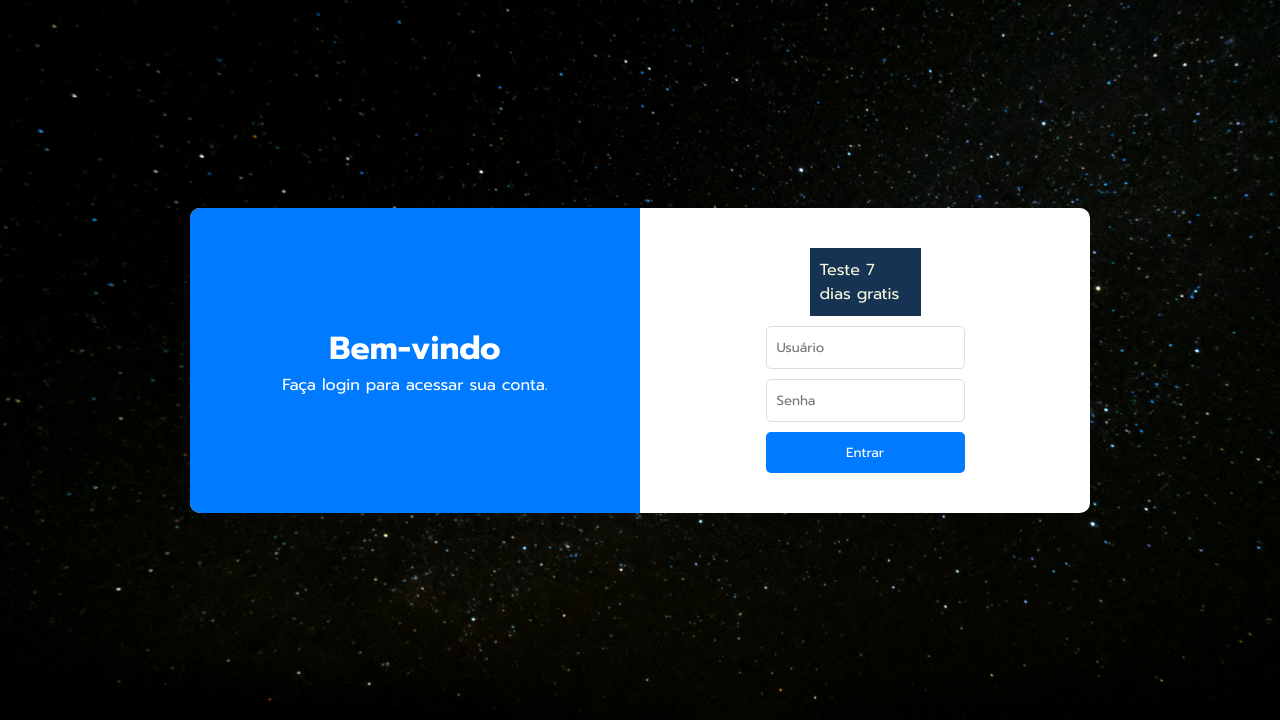
Repository: joao-paulo-paiva/tela-login
Page: index.html
The author's editor kept a copy of each file at every save. The page is drawn from the files as they stood at one save, then again after the next save.
The browser window is 1280 px wide. The pictures show the whole page.

Above is the page before, as saved 2025-04-15 11:14:28.

### index.html
<!DOCTYPE html>
<html lang="pt-br">
<head>
    <meta charset="UTF-8">
    <meta name="viewport" content="width=device-width, initial-scale=1.0">
    <title>Tela de Login</title>
    <link rel="stylesheet" href="style.css">
    <link rel="preconnect" href="https://fonts.googleapis.com">
    <link rel="preconnect" href="https://fonts.gstatic.com" crossorigin>
    <link href="https://fonts.googleapis.com/css2?family=DM+Sans:ital,opsz,wght@0,9..40,100..1000;1,9..40,100..1000&family=Montserrat:ital,wght@0,100..900;1,100..900&family=Prompt:ital,wght@0,100;0,200;0,300;0,400;0,500;0,600;0,700;0,800;0,900;1,100;1,200;1,300;1,400;1,500;1,600;1,700;1,800;1,900&display=swap" rel="stylesheet">
</head>
<body>
    <div class="container">
        <div class="esquerda">
            <h1>Bem-vindo</h1>
            <p>Faça login para acessar sua conta.</p>
        </div>
        <div class="direita">
            <a href="#" class="teste-gratis">Teste 7 dias gratis</a>
            <form action="#" method="POST">
                <input type="text" placeholder="Usuário" required>
                <input type="password" placeholder="Senha" required>
                <button type="submit">Entrar</button>
            </form>
        </div>
    </div>
</body>
</html>

### style.css
* {
    margin: 0;
    padding: 0;
    box-sizing: border-box;
    font-family: "Prompt", sans-serif;
}

body {
    display: flex;
    justify-content: center;
    align-items: center;
    height: 100vh;
    background-image: url(./imagens/pexels-francesco-ungaro-998641.jpg);
    background-size: cover;
    background-position: center;
    background-repeat: no-repeat;
}

.container {
    display: flex;
    width: 80%;
    max-width: 900px;
    background: white;
    border-radius: 10px;
    overflow: hidden;
}

.esquerda, .direita {
    width: 50%;
    padding: 40px;
}

.esquerda {
    background-color: #007bff;
    color: white;
    display: flex;
    flex-direction: column;
    justify-content: center;
    align-items: center;
}

.direita {
    display: flex;
    flex-direction: column;
    justify-content: center;
    align-items: center;
}

input {
    display: block;
    width: 100%;
    padding: 10px;
    margin: 10px 0;
    border: 1px solid #ddd;
    border-radius: 5px;
}
.teste-gratis{
    display: flex;
    width: 30%;
    padding: 10px;
    background-color: #163353;
    text-decoration: none;
    color: beige;
}
button {
    width: 100%;
    padding: 10px;
    background-color: #007bff;
    color: white;
    border: none;
    border-radius: 5px;
    cursor: pointer;
}

After the next save:
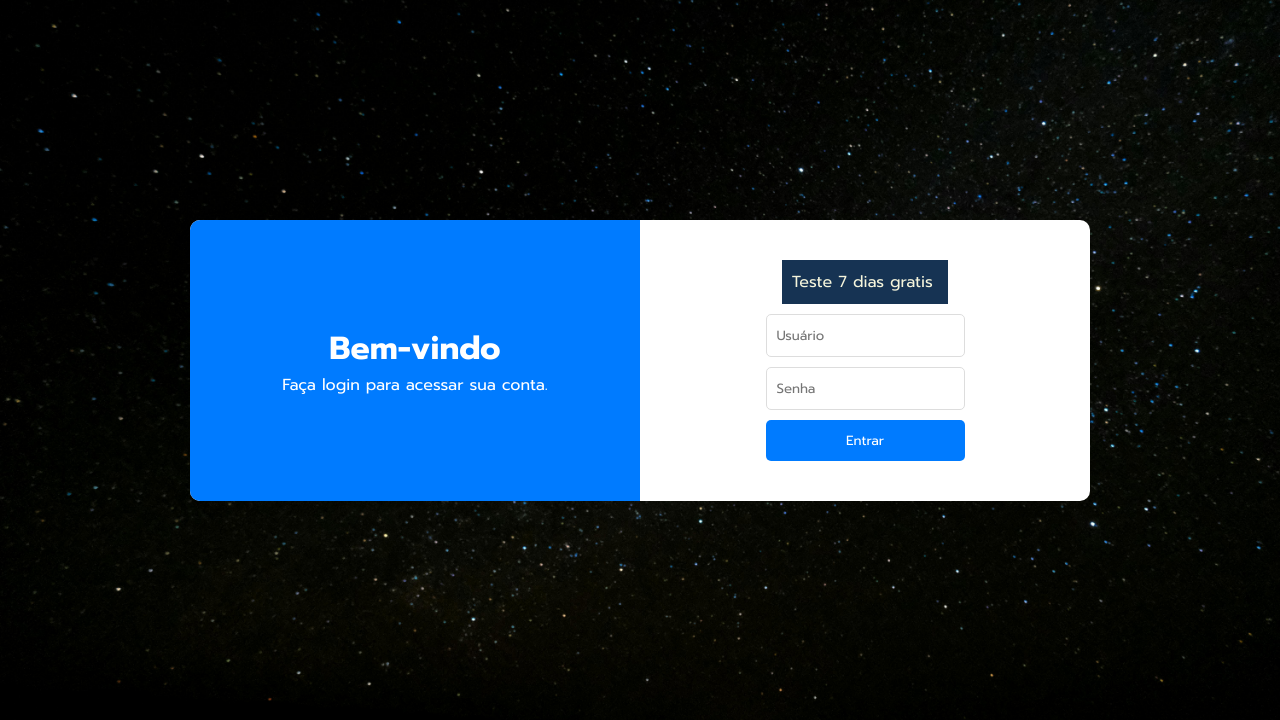
Saved 9 s later.
--- a/style.css
+++ b/style.css
@@ -56,7 +56,7 @@ input {
 }
 .teste-gratis{
     display: flex;
-    width: 30%;
+    width: 45%;
     padding: 10px;
     background-color: #163353;
     text-decoration: none;
